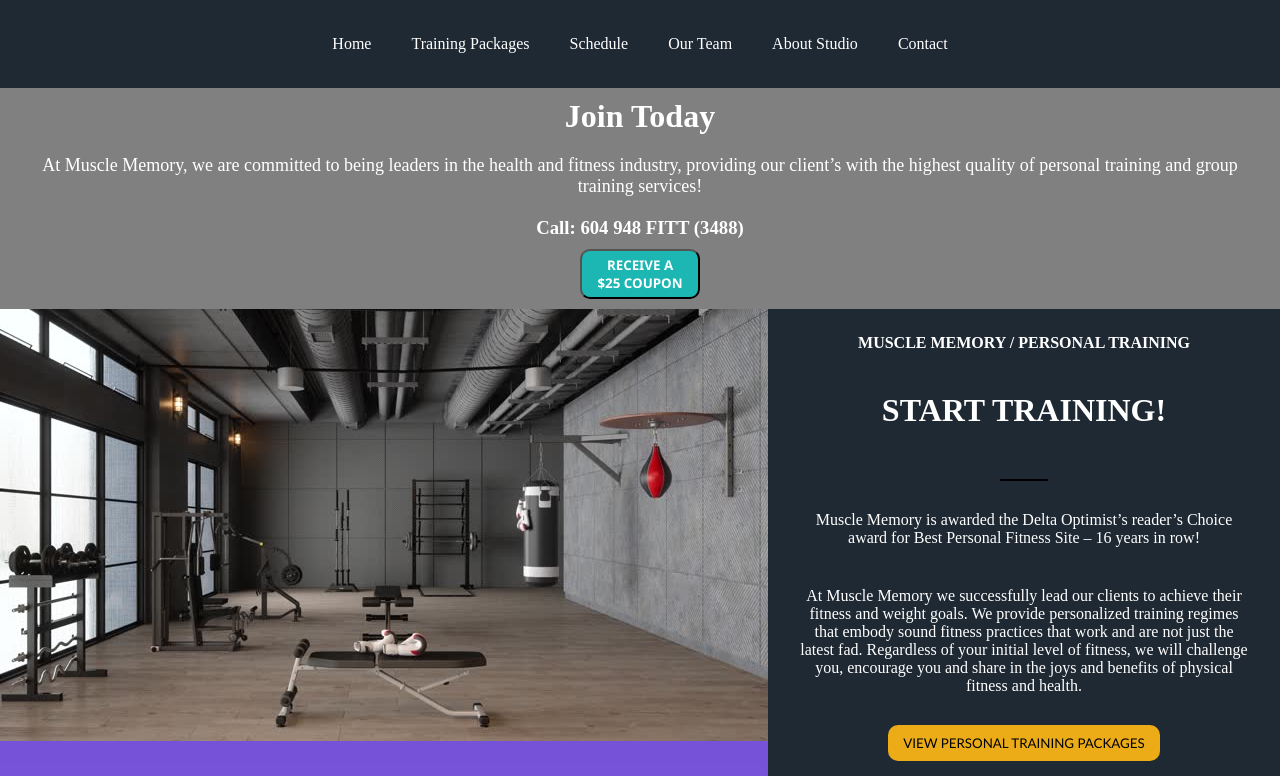
Repository: MujtabaHabib/muscle-memory-website
Page: index.html
An editor plug-in stored every save of this project. The page is shown before and after the next save, followed by the edit.
The browser window is 1280 px wide. The pictures show the whole page.

Above is the page before, as saved 2026-01-27 05:17:24.

### index.html
<!DOCTYPE html>
<html lang="en">

<head>
    <meta charset="UTF-8">
    <meta name="viewport" content="width=device-width, initial-scale=1.0">
    <title>Muscle Memory</title>
    <link rel="stylesheet" href="style.css">
</head>

<body>
    <div class="container">
        <nav>
            <ul class="list">
                <li><a href="#">Home</a></li>
                <li><a href="#">Training Packages</a></li>
                <li><a href="#">Schedule</a></li>
                <li><a href="#">Our Team</a></li>
                <li><a href="#">About Studio</a></li>
                <li><a href="#">Contact</a></li>
            </ul>
        </nav>
        <div class="details">
            <h1>Join Today</h1>
            <p>At Muscle Memory, we are committed to being leaders in the health and fitness industry,
                providing our client’s with the highest quality of personal training and group training
                services!</p>

            <h3>Call: 604 948 FITT (3488)</h3>
            <button>RECEIVE A $25 COUPON</button>
        </div>
        <div class="box">
            <div class="gym">
                <img src="gym.jpg" alt="gym">
            </div>
            <div class="message">
                <h4>MUSCLE MEMORY / PERSONAL TRAINING</h4>
                <h1 >START TRAINING!</h1>
                <hr>
                <p>Muscle Memory is awarded the Delta Optimist’s
                    reader’s Choice award for Best Personal
                    Fitness Site – 16 years in row!</p>
                <p>At Muscle Memory we successfully lead our clients to achieve their fitness and weight goals. We
                    provide personalized training regimes that embody sound fitness practices that work and are not just
                    the latest fad. Regardless of your initial level of fitness, we will challenge you, encourage you
                    and share in the joys and benefits of physical fitness and health.</p>
                <button>VIEW PERSONAL TRAINING PACKAGES</button>
            </div>
        </div>
        <footer>

        </footer>
    </div>

</body>

</html>

### style.css
* {
    margin: 0;
    padding: 0;
}

.list {
    display: flex;
    padding: 15px;
    justify-content: center;
    align-items: center;
    background-color: #1f2933;
}

.list a {
    text-decoration: none;
    color: white;
}

.list li {
    padding: 20px;
    list-style-type: none;
}

.details {
    text-align: center;
    background-color: gray;
    color: white;
}

.details button {
    height: 50px;
    width: 120px;
}

.details h1,
.details h3,
.details p,
.details button {
    padding: 10px 15px 10px;

}

.details p {
    font-size: 18px;
    justify-content: center;
}
.details button{
    padding-top: 5px;
    font-family: 'Segoe UI', Tahoma, Geneva, Verdana, sans-serif;
    margin-bottom: 10px;
    background-color:rgb(28, 182, 179);
    border-radius: 10px;
    color:white;
    font-weight:bold ;
    border-color: black;
}
.details button:hover{
    background-color: rgb(30, 160, 30);
    color:white;
}
hr {
    border: none;
    border-top: 2px solid #000000;
    width: 10%;
    margin: 20px auto;
    align-items: flex-start;
}

.box {
    display: flex;
    align-items: space-between;
    color: white;
    background-color: #6b44d6eb;
}

.message {

    padding: 15px;
    justify-content: center;
    text-align: center;
    background-color: #1f2933;

}

.message h1,
.message h4,
.message p {

    padding: 10px 15px 30px;
}

.message button{
    padding: 10px 15px 10px;
    background-color: rgb(236, 172, 24);
    font-family:'Gill Sans', 'Gill Sans MT', Calibri, 'Trebuchet MS', sans-serif;
    border-radius: 10px;
    border: #1f2933;

}

.message button:hover{
    background-color: green;
    color: white;

}

After the next save:
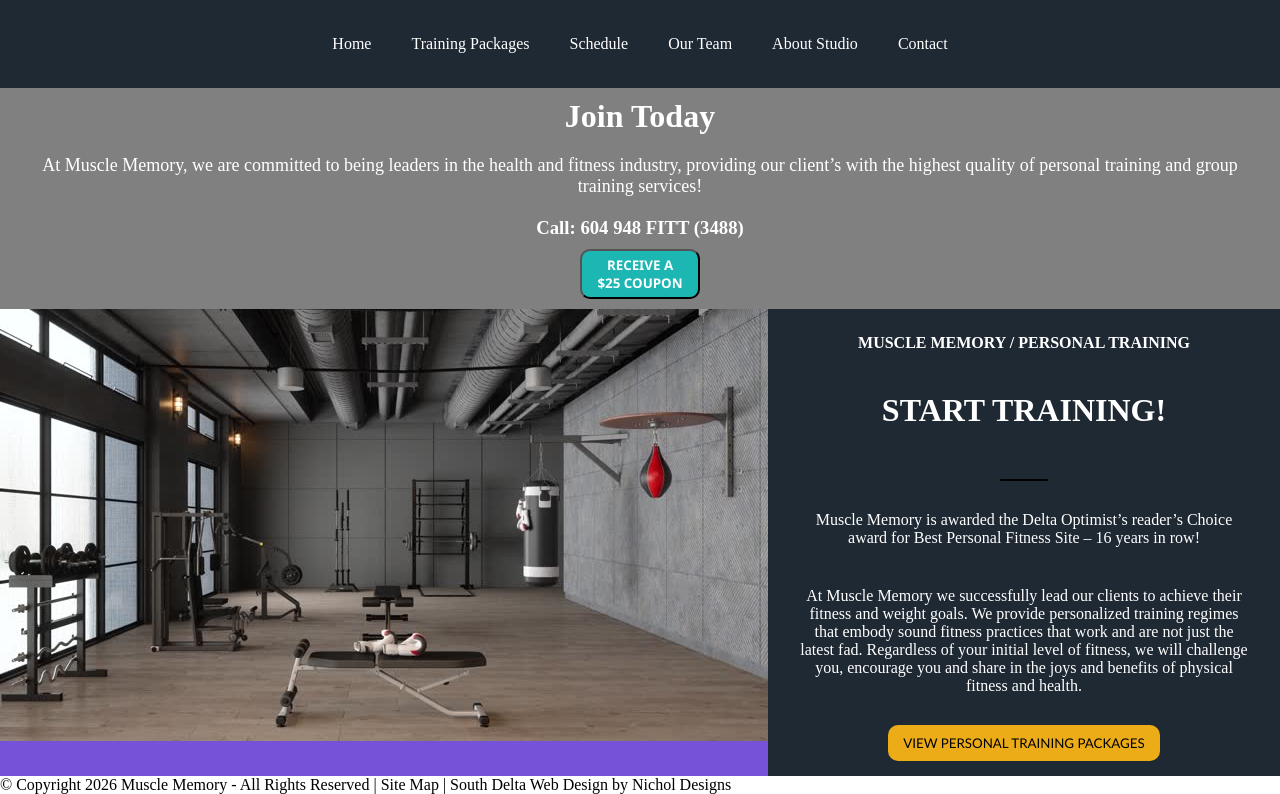
Saved 2 min 31 s later.
--- a/index.html
+++ b/index.html
@@ -48,6 +48,7 @@
             </div>
         </div>
         <footer>
+            © Copyright 2026 Muscle Memory - All Rights Reserved | Site Map | South Delta Web Design by Nichol Designs
 
         </footer>
     </div>
